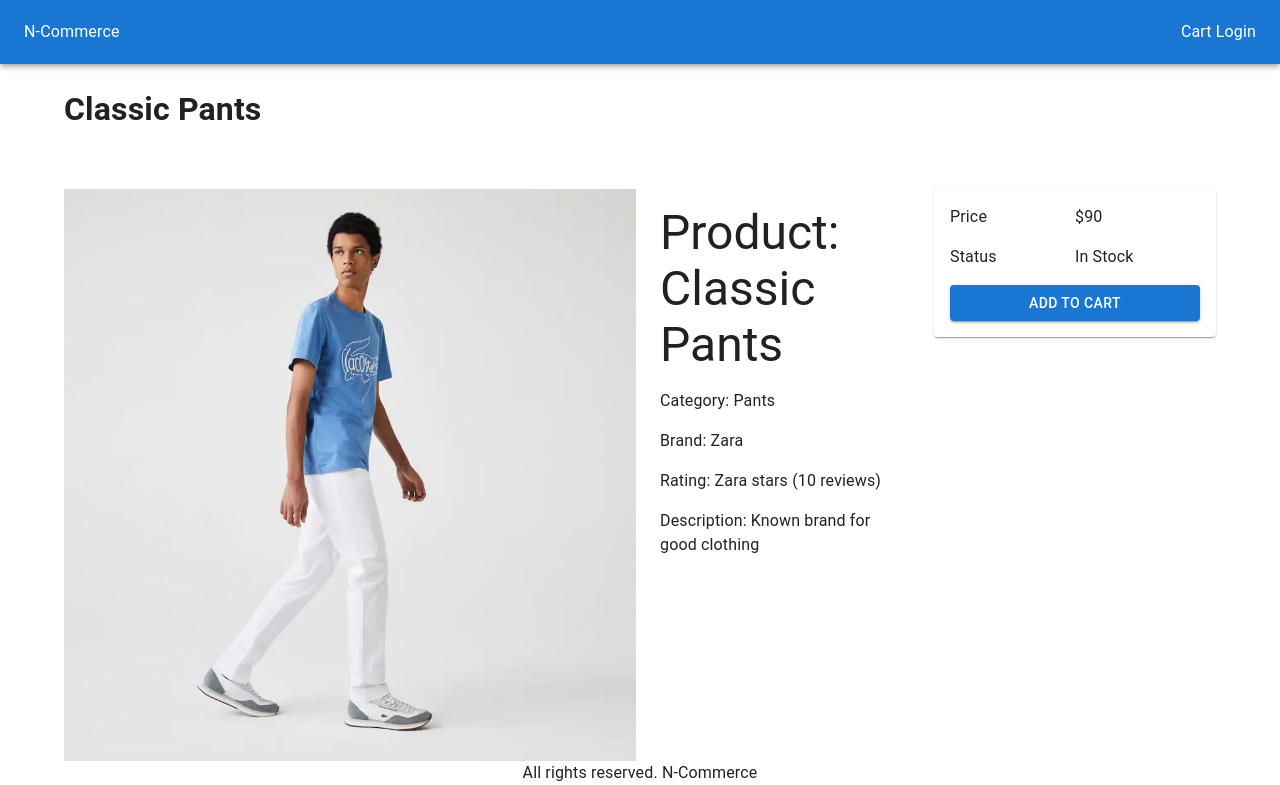
Repository: AK0493/Next-Commerce
Page: /product/classic-pants
The author's editor kept a copy of each file at every save. The page is drawn from the files as they stood at one save, then again after the next save.
The browser window is 1280 px wide. The pictures show the whole page.
The project was rebuilt for these pictures with package versions that can differ from the ones it lists, and the page was loaded fresh each time. The framework's server and built-in components were replaced by stand-ins that run in the browser. Also part of the build but not shown: next.config.js.

Above is the page before, as saved 2022-02-07 13:02:09.

### pages/_app.js
import { useEffect } from 'react';
import '../styles/globals.css';

function MyApp({ Component, pageProps }) {
  useEffect(() => {
    const jssStyles = document.querySelector('#jss-server-side');
    if (jssStyles) {
      jssStyles.parentElement.removeChild(jssStyles);
    }
  }, []);
  return <Component {...pageProps} />;
}

export default MyApp;

### pages/product/[slug].js
import { useRouter } from 'next/router';
import React from 'react';
import data from '../../utils/data';
import NextLink from 'next/link';
import {
  Button,
  Card,
  Grid,
  Link,
  List,
  ListItem,
  Typography,
} from '@mui/material';
import Layout from '../../components/Layout';
import useStyles from '../../utils/styles';
import Image from 'next/image';
export default function ProductPage() {
  const classes = useStyles();
  const router = useRouter();
  const { slug } = router.query;
  const product = data.products.find((el) => el.slug === slug);
  if (!product) {
    return (
      <div>
        <h1>Product not Found!</h1>
      </div>
    );
  }
  return (
    <Layout title={product.name} description={product.description}>
      <div className={classes.section}>
        <h1>{product.name}</h1>
        <NextLink href="/" passHref>
          <Link>Back to Home</Link>
        </NextLink>
      </div>
      <Grid container spacing={1}>
        <Grid item md={6} xs={12}>
          <Image
            src={product.image}
            alt={product.name}
            width={640}
            height={640}
            layout="responsive"
          ></Image>
        </Grid>
        <Grid item md={3} xs={12}>
          <List>
            <ListItem>
              <Typography component="h3" variant="h3">
                Product: {product.name}
              </Typography>
            </ListItem>
            <ListItem>
              <Typography>Category: {product.category}</Typography>
            </ListItem>
            <ListItem>
              <Typography>Brand: {product.brand}</Typography>
            </ListItem>
            <ListItem>
              <Typography>
                Rating: {product.brand} stars ({product.numReviews} reviews)
              </Typography>
            </ListItem>
            <ListItem>
              <Typography>Description: {product.description}</Typography>
            </ListItem>
          </List>
        </Grid>
        <Grid item md={3} xs={12}>
          <Card>
            <List>
              <ListItem>
                <Grid container>
                  <Grid item xs={6}>
                    <Typography>Price</Typography>
                  </Grid>
                  <Grid item xs={6}>
                    <Typography>${product.price}</Typography>
                  </Grid>
                </Grid>
              </ListItem>
              <ListItem>
                <Grid container>
                  <Grid item xs={6}>
                    <Typography>Status</Typography>
                  </Grid>
                  <Grid item xs={6}>
                    <Typography>
                      {product.CountInStock > 0 ? 'In Stock' : 'UNavailible'}
                    </Typography>
                  </Grid>
                </Grid>
              </ListItem>
              <ListItem>
                <Button fullWidth variant="contained" color="primary">
                  Add to Cart
                </Button>
              </ListItem>
            </List>
          </Card>
        </Grid>
      </Grid>
    </Layout>
  );
}

### styles/globals.css
html,
body {
  padding: 0;
  margin: 0;
  font-family: -apple-system, BlinkMacSystemFont, Segoe UI, Roboto, Oxygen,
    Ubuntu, Cantarell, Fira Sans, Droid Sans, Helvetica Neue, sans-serif;
}

a {
  color: #fff !important;
  text-decoration: none !important;
  cursor: pointer;
}

* {
  box-sizing: border-box;
}

### utils/data.js
const data = {
  products: [
    {
      name: 'Free Shirt',
      slug: 'free-shirt',
      category: 'Shirts',
      image: '/images/shirt1.jpg',
      price: 90,
      brand: 'Nike',
      rating: 4.5,
      numReviews: 10,
      CountInStock: 20,
      description: 'A popular shirt',
    },
    {
      name: 'Fit Shirt',
      slug: 'fit-shirt',
      category: 'Shirt',
      image: '/images/Shirt2.jpg',
      price: 90,
      brand: 'Addidas',
      rating: 4.5,
      numReviews: 10,
      CountInStock: 20,
      description: 'A popular shirt',
    },
    {
      name: 'Slim Shirt',
      slug: 'slim-shirt',
      category: 'Shirts',
      image: '/images/shirt3.jpg',
      price: 70,
      brand: 'Raymond',
      rating: 4.5,
      numReviews: 10,
      CountInStock: 20,
      description: 'A popular shirt',
    },
    {
      name: 'Golf Pants',
      slug: 'golf-pants',
      category: 'Pants',
      image: '/images/pants1.jpg',
      price: 70,
      brand: 'Oliver',
      rating: 4.5,
      numReviews: 10,
      CountInStock: 20,
      description: 'smart looking pants',
    },
    {
      name: 'Fit Pants',
      slug: 'fit-pants',
      category: 'Pants',
      image: '/images/pants2.jpg',
      price: 90,
      brand: 'Zara',
      rating: 4.5,
      numReviews: 10,
      CountInStock: 20,
      description: 'Known brand for good clothing',
    },
    {
      name: 'Classic Pants',
      slug: 'classic-pants',
      category: 'Pants',
      image: '/images/pants3.jpg',
      price: 90,
      brand: 'Zara',
      rating: 4.5,
      numReviews: 10,
      CountInStock: 20,
      description: 'Known brand for good clothing',
    },
  ],
};

export default data;

### components/Layout.js
import {
  AppBar,
  Container,
  createTheme,
  CssBaseline,
  Link,
  Toolbar,
  Typography,
} from '@mui/material';
import Head from 'next/head';
import React from 'react';
import useStyles from '../utils/styles';
import NextLink from 'next/link';
import { ThemeProvider } from '@mui/styles';

export default function Layout({ title, description, children }) {
  const theme = createTheme({
    typography: {
      h1: {
        fontSize: '1.6rem',
        fontWeight: 400,
        margin: '1rem 0',
      },
      h2: {
        fontSize: '1.4rem',
        fontWeight: 400,
        margin: '1rem 0',
      },
    },
  });
  const classes = useStyles();
  return (
    <div>
      <Head>
        <title>{title ? `${title} - Next-Commerce` : 'Next Commerce'}</title>
        {description && <meta name="description" content={description}></meta>}
      </Head>
      <ThemeProvider theme={theme}>
        <CssBaseline />
        <AppBar position="static" className={classes.navbar}>
          <Toolbar>
            <NextLink href="/">
              <Link>
                <Typography>N-Commerce</Typography>
              </Link>
            </NextLink>
            <div className={classes.grow}></div>
            <div>
              <NextLink href="/cart">
                <Link>Cart </Link>
              </NextLink>
              <NextLink href="/login">
                <Link>Login</Link>
              </NextLink>
            </div>
          </Toolbar>
        </AppBar>
        <Container className={classes.main}>{children}</Container>
        <footer className={classes.footer}>
          <Typography>All rights reserved. N-Commerce</Typography>
        </footer>
      </ThemeProvider>
    </div>
  );
}

### utils/styles.js
import { makeStyles } from '@mui/styles';

const useStyles = makeStyles({
  navbar: {
    backgroundColor: '#203040',
  },
  '& a': {
    color: '#fff',
    marginLeft: '10',
  },
  grow: {
    flexGrow: 1,
  },
  main: {
    minHeight: '80vh',
  },
  section: {
    marginTop: '10px',
    marginBottom: '10px',
  },
  footer: {
    textAlign: 'center',
  },
});
export default useStyles;

After the next save:
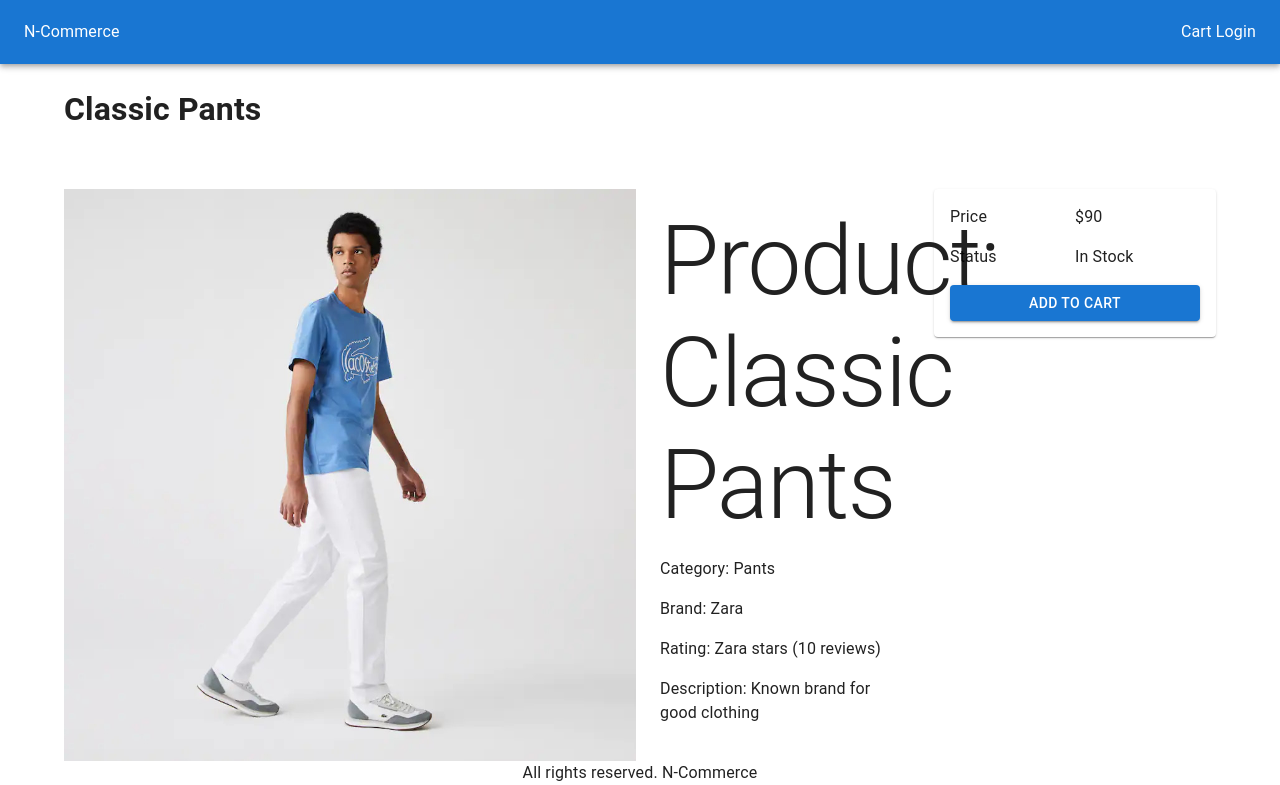
Saved 3 min 30 s later.
--- a/pages/product/[slug].js
+++ b/pages/product/[slug].js
@@ -47,7 +47,7 @@
         <Grid item md={3} xs={12}>
           <List>
             <ListItem>
-              <Typography component="h3" variant="h3">
+              <Typography component="h1" variant="h1">
                 Product: {product.name}
               </Typography>
             </ListItem>
